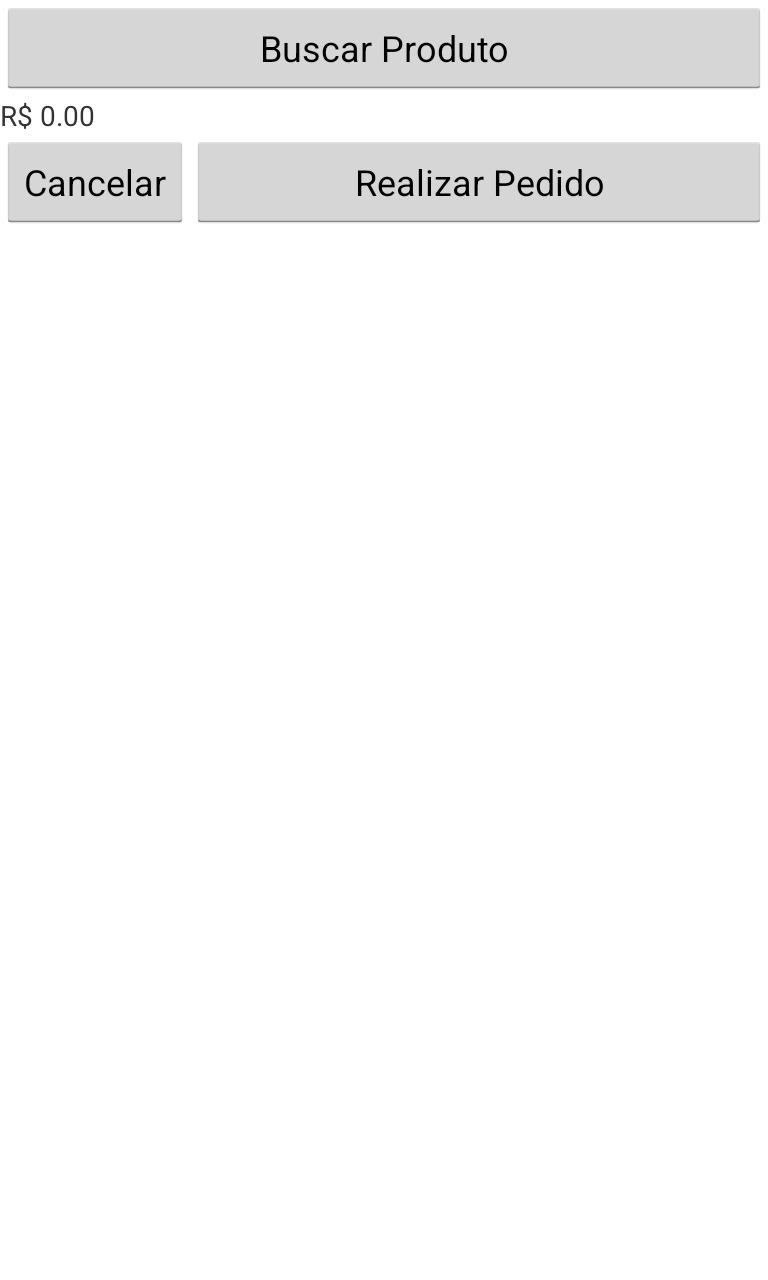
Repository: tmalveirac/mobpdv
Layout: WorkspaceAndroid/MobPDVProjet/res/layout/activity_pedido.xml
The author's editor kept a copy of each file at every save. The layout is drawn from the files as they stood at one save, then again after a run of saves.
It is drawn on a 768 x 1280 px phone screen (xhdpi) without system bars, with theme AppTheme; the app's code is not run.

Above is the layout before, as saved 2013-06-03 22:10:15.

### WorkspaceAndroid/MobPDVProjet/res/layout/activity_pedido.xml
<LinearLayout xmlns:android="http://schemas.android.com/apk/res/android"
    xmlns:tools="http://schemas.android.com/tools"
      android:id="@+id/pedido_form"
    android:layout_width="fill_parent"
    android:layout_height="fill_parent"
    android:orientation="vertical"

    tools:context=".PedidoActivity" >

    <Button
        android:id="@+id/btnBpdt"
        android:layout_width="fill_parent"
        android:layout_height="wrap_content"
        android:text="@string/btnBpdt" />

    <LinearLayout
        android:id="@+id/pedido_dados"
        android:layout_width="fill_parent"
        android:layout_height="wrap_content"
        android:orientation="vertical" >

    </LinearLayout>

    <LinearLayout
        android:id="@+id/pedido_total"
        android:layout_width="fill_parent"
        android:layout_height="wrap_content"
        android:orientation="vertical" >

        <TextView
            android:id="@+id/txtTotal"
            android:layout_width="wrap_content"
            android:layout_height="wrap_content"
            android:text="@string/txtTotal" />

    </LinearLayout>

    <LinearLayout
        android:id="@+id/pedido_foot"
        android:layout_width="fill_parent"
        android:layout_height="wrap_content"
        android:orientation="horizontal" >

        <Button
            android:id="@+id/btnCancelarPedido"
            android:layout_width="wrap_content"
            android:layout_height="wrap_content"
            android:text="@string/btnCancelarPedido" />

        <Button
            android:id="@+id/btnRealizarPedido"
            android:layout_width="fill_parent"
            android:layout_height="wrap_content"
            android:text="@string/btnRealizarPedido" />
    </LinearLayout>

</LinearLayout>

### WorkspaceAndroid/MobPDVProjet/res/values/strings.xml
<?xml version="1.0" encoding="utf-8"?>
<resources>

    <string name="app_name">MobPDV</string>
    <string name="action_settings">Configurações</string>
    <string name="hello_world">Hello world!</string>
    <string name="btnAbrCxa">Abrir Caixa</string>
    <string name="btnIniVda">Iniciar Venda</string>
    <string name="btnFecCxa">Fechar Caixa</string>
    <string name="btnVerCdp">Ver Cardápio</string>
    <string name="btnBpdt">Buscar Produto</string>
    <string name="title_activity_ciclo_vida">CicloVida</string>
    <string name="title_activity_pedido">Pedido</string>
    <string name="title_activity_cardapio">Cardapio</string>
    <string name="txtMain">MobPDV</string>
    <string name="btnCancelarPedido">Cancelar</string>
    <string name="btnRealizarPedido">Realizar Pedido</string>
    <string name="title_activity_venda">VendaActivity</string>
    <string name="txtTotalPedido">Total a pagar: R$ XX</string>
    <string name="btnCancelarVenda">Cancelar</string>
    <string name="btnFinalizarVenda">Finalizar Venda</string>
    <string name="title_activity_pagamento">PagamentoActivity</string>
    <string name="btnConfirmarPg">Confirmar</string>
    <string name="btnCancelarPg">Cancelar</string>
    <string name="title_activity_venda_final">VendaFinalActivity</string>
    <string name="txtTotalPago">Total Pago: R$ XX</string>
    <string name="btnGerarComp">Gerar Comprovante</string>
    <string name="txtTotal">R$ 0.00</string>

</resources>

Loaded but not shown: WorkspaceAndroid/MobPDVProjet/res/values/styles.xml (common file); WorkspaceAndroid/MobPDVProjet/res/values-v11/styles.xml (common file); WorkspaceAndroid/MobPDVProjet/res/values-v14/styles.xml (common file)

After the next 2 saves:
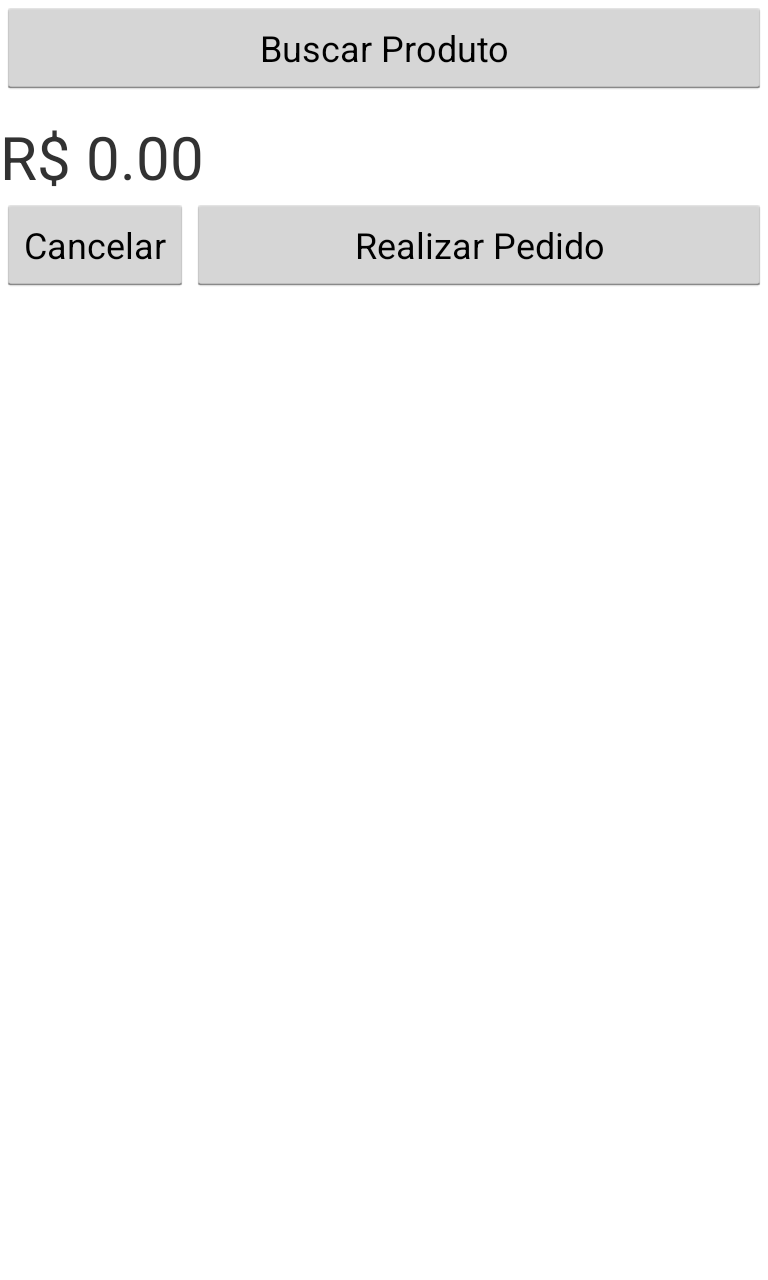
The 2 saves are shown as one change because 1 did not build or start.
The last was saved 2 min 20 s later.
--- a/WorkspaceAndroid/MobPDVProjet/res/layout/activity_pedido.xml
+++ b/WorkspaceAndroid/MobPDVProjet/res/layout/activity_pedido.xml
@@ -31,6 +31,8 @@
             android:id="@+id/txtTotal"
             android:layout_width="wrap_content"
             android:layout_height="wrap_content"
+            android:paddingTop="10"
+            android:textSize="30"
             android:text="@string/txtTotal" />
 
     </LinearLayout>
